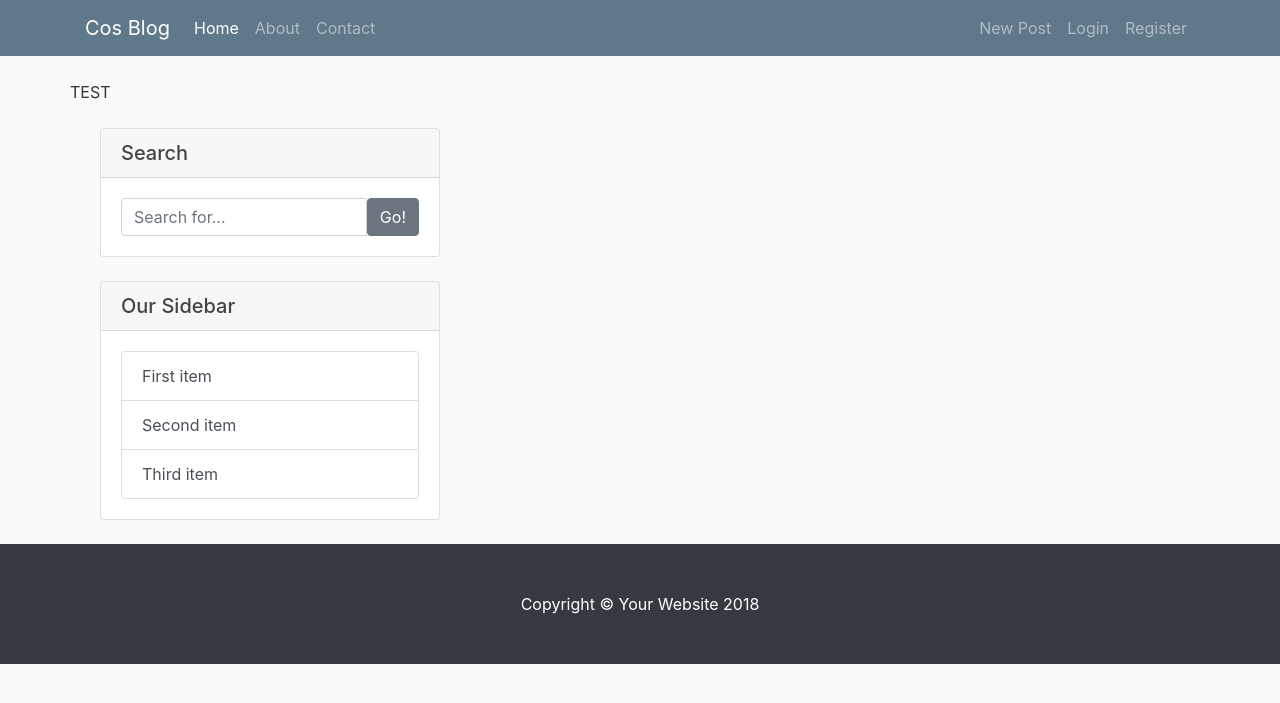
Repository: DogyeKing/blog
Page: http://localhost/blog/member/joinForm.jsp
An editor plug-in stored every save of this project. The page is shown before and after the next save, followed by the edit.
The browser window is 1280 px wide. The pictures show the whole page.
The page is served by Tomcat 9.

Above is the page before, as saved 2018-08-02 05:26:01.

After the next save:
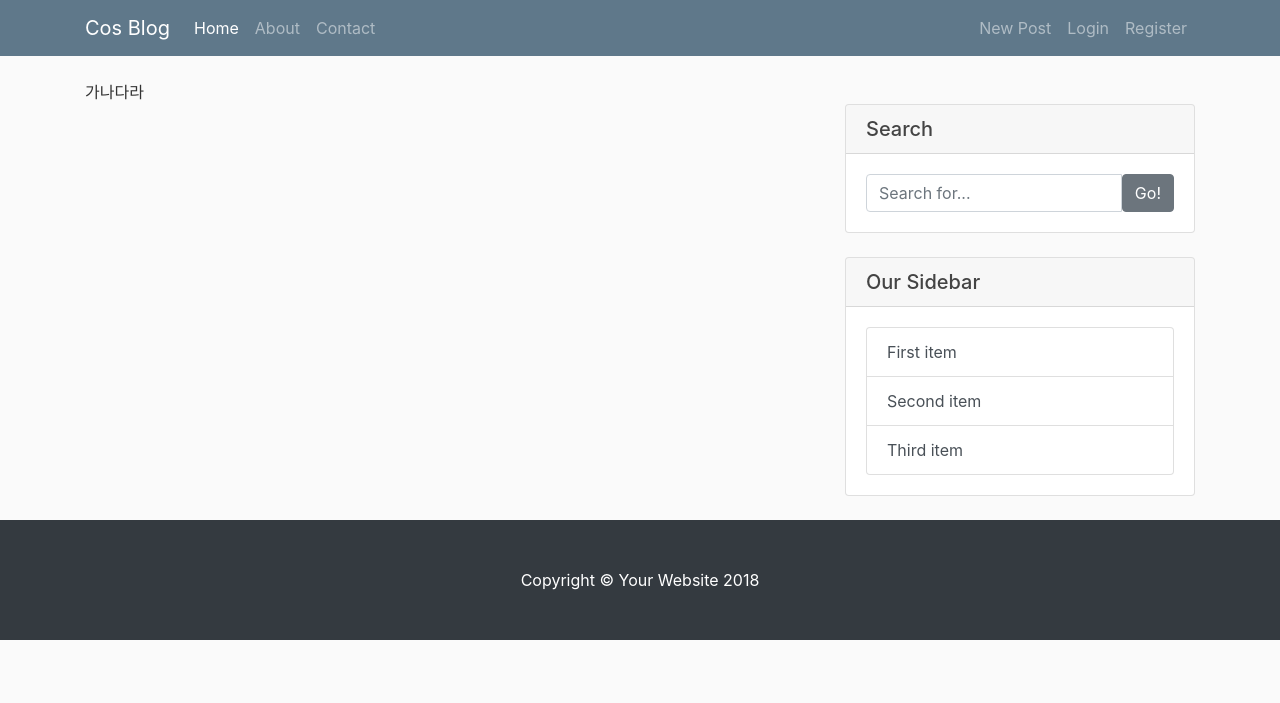
Saved 63 s later.
--- a/blog/blog/WebContent/member/joinForm.jsp
+++ b/blog/blog/WebContent/member/joinForm.jsp
@@ -30,7 +30,8 @@
 <div class="container">
   <div class="row">
     <!-- Blog Entries Column -->
-TEST
+<div class="col-md-8">
+ 가나다라
 </div>
 
 <!--  SideBar Include -->
